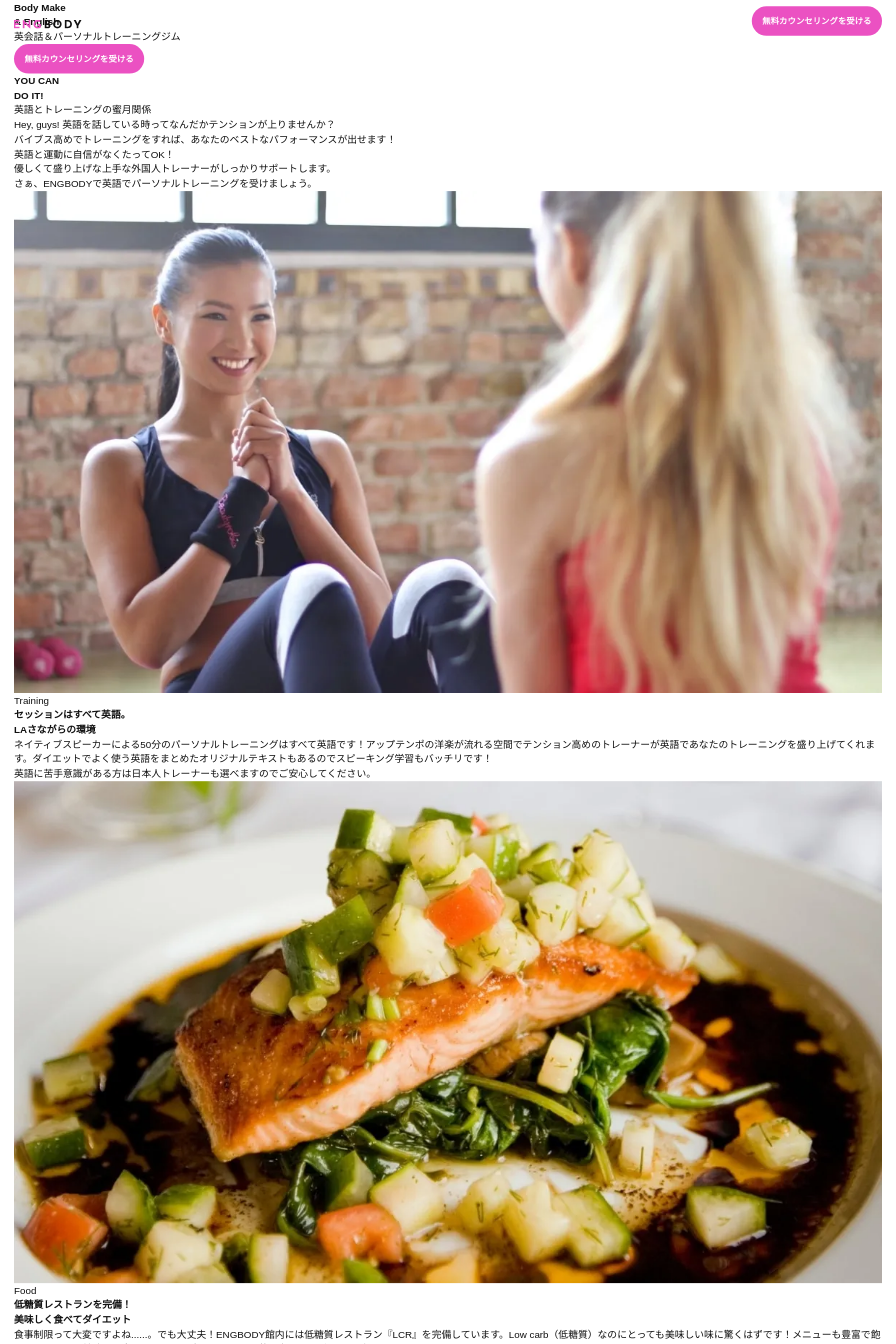
Repository: tetishi/engbody
Page: index.html
These files come from the project's save history. The page is drawn as it stood at one moment and after a run of saves; the edit follows.
The browser window is 1280 px wide. The pictures show the part of the page from y = 0 to 1920 px (the page is 12031 px tall before and 12115 px after), at 70% of full size.
The style sheet was rebuilt from its Sass, Less or Tailwind sources for each picture, by a compiler version that may differ from the author's.

Above is the page before, as saved 2023-07-25 17:02:11.

### index.html
<!DOCTYPE html>
<html lang="en">
<head>
    <meta charset="UTF-8">
    <meta name="viewport" content="width=device-width, initial-scale=1.0">
    <title>ENGBODY</title>
    <link href="https://fonts.googleapis.com/css2?family=Josefin+Sans:ital,wght@0,400;0,700;1,400;1,700&display=swap" rel="stylesheet">
    <link rel="stylesheet" href="./css/reset.css">
    <link rel="stylesheet" href="./css/style.css">
</head>
<body>
    <header class="header">
        <div class="header-inner">
            <h2 class="nav-title">
                <a href="#">
                    <img src="img/engbody.svg" alt="ENGBODY">
                </a>
            </h2>
            <nav class="header-nav">
                <div class="counseling-btn">
                    <a href="#">無料カウンセリングを受ける</a>
                </div>
            </nav>
        </div>
    </header>

    <main>
        <!-- fv -->
        <div class="fv">
            <div class="section-inner">
                <h2 class="page-title">
                    Body Make<br>
                    & English
                </h2>
                <div class="page-title-bottom">
                    英会話＆パーソナルトレーニングジム
                </div>
                <div class="counseling-btn">
                    <a href="#">無料カウンセリングを受ける</a>
                </div>
            </div>
        </div>

        <section id="concept" class="section-wrapper">
            <div class="section-outer">
                <div class="section-inner">
                    <h2 class="catchphrase">
                        YOU CAN<br class="sp">
                        DO IT!
                    </h2>
                    <p class="section-under-title">
                        英語とトレーニングの<span class="phrase">蜜月関係</span>
                    </p>
                    <p class="concept-text">
                        Hey, guys! 英語を話している時ってなんだかテンションが上りませんか？<br>
                        バイブス高めでトレーニングをすれば、あなたのベストなパフォーマンスが出せます！<br>
                        英語と運動に自信がなくたってOK！<br>
                        優しくて盛り上げな上手な外国人トレーナーがしっかりサポートします。<br>
                        さぁ、ENGBODYで英語でパーソナルトレーニングを受けましょう。
                    </p>
                    <div class="training-box">
                        <div class="training-img">
                            <picture>
                                <source srcset="img/training.webp" type="image/webp">
                                <img src="img/training.jpg" alt="外国人のパーソナルトレーナーがお客様に英語とトレーニングをサポートしている様子">
                            </picture>
                        </div>
                        <div class="training-text">
                            <p class="training-top">
                                Training
                            </p>
                            <h3 class="training-title">
                                セッションはすべて英語。<br>
                                LAさながらの環境
                            </h3>
                            <p class="training-description">
                                ネイティブスピーカーによる50分のパーソナルトレーニングはすべて英語です！アップテンポの洋楽が流れる空間でテンション高めのトレーナーが英語であなたのトレーニングを盛り上げてくれます。ダイエットでよく使う英語をまとめたオリジナルテキストもあるのでスピーキング学習もバッチリです！<br>
                                英語に苦手意識がある方は日本人トレーナーも選べますのでご安心してください。
                            </p>
                        </div>
                    </div>
                    <div class="food-box">
                        <div class="food-img">
                            <picture>
                                <source srcset="img/food.webp" type="image/webp">
                                <img src="img/food.jpg" alt="低糖質レストラン『LCR』の魚と野菜の盛り合わせメニューの写真">
                            </picture>
                        </div>
                        <div class="food-text">
                            <p class="food-top">
                                Food
                            </p>
                            <h3 class="food-title">
                                低糖質レストランを完備！<br>
                                美味しく食べてダイエット
                            </h3>
                            <p class="food-description">
                                食事制限って大変ですよね......。でも大丈夫！ENGBODY館内には低糖質レストラン『LCR』を完備しています。Low carb（低糖質）なのにとっても美味しい味に驚くはずです！メニューも豊富で飽きさせません。美味しく食べてしっかり痩せる！しかも英語力もアップ！それがENGBODYなのです。
                            </p>
                        </div>
                    </div>
                    <div class="counseling-btn">
                        <a href="#">無料カウンセリングを受ける</a>
                    </div>
                </div>
            </div>

        </section>

        <section class="section-wrapper">
            <div class="section-outer">
                <div class="section-inner">
                    <h2 class="section-title">
                        Our Trainer
                        <span>トレーナー</span>
                    </h2>
                    <div class="select-option">
                        <p class="trainer">
                            トレーナー
                        </p>
                        <p class="staff">
                            スタッフ
                        </p>
                    </div>
                    <ul class="trainer-list">
                        <li class="trainer-item">
                            <picture>
                                <source srcset="img/trainer01.webp" type="image/webp">
                                <img src="img/trainer01.jpg" alt="日本人女性のトレーナーの写真">
                            </picture>
                            <p class="trainer-greeting">
                                こんにちは！英語で楽しくトレーニングしましょう。日本語が話せますのでご安心ください。
                            </p>
                        </li>
                        <li class="trainer-item">
                            <picture>
                                <source srcset="img/trainer02.webp" type="image/webp">
                                <img src="img/trainer02.jpg" alt="外国人女性のトレーナーの写真">
                            </picture>
                            <p class="trainer-greeting">
                                Hello! 筋肉をつけすぎずしなやかな体を作ることが得意です！美しさを磨いていきましょう。
                            </p>
                        </li>
                        <li class="trainer-item">
                            <picture>
                                <source srcset="img/trainer03.webp" type="image/webp">
                                <img src="img/trainer03.jpg" alt="外国人男性のトレーナーの写真">
                            </picture>
                            <p class="trainer-greeting">
                                Hi, 負荷や強度の高いトレーニングがしたいならおまかせてください！どんなご要望もできるかぎり叶えますよ！
                            </p>
                        </li>
                    </ul>
                    <ul class="staff-list">
                        <li class="staff-item">
                            <picture>
                                <source srcset="img/staff01.webp" type="image/webp">
                                <img src="img/staff01.jpg" alt="日本人女性スタッフの写真">
                            </picture>
                            <p class="staff-greeting">
                                ENBODYは明るくてとっても楽しいジムです！みなさんのセッションが楽しくなるようしっかりサポートいたします。
                            </p>
                        </li>
                        <li class="staff-item">
                            <picture>
                                <source srcset="img/staff02.webp" type="image/webp">
                                <img src="img/staff02.jpg" alt="外国人男性スタッフの写真">
                            </picture>
                            <p class="staff-greeting">
                                Hi, please let me know anytime if you have any questions. We will fully support you!
                            </p>
                        </li>
                    </ul>
                </div>
            </div>
        </section>

        <section class="section-wrapper">
            <div class="section-outer">
                <div class="section-inner">
                    <h2 class="section-title">
                        Studio
                        <span>スタジオ</span>
                    </h2>
                    <div class="slide-image">
                        <picture>
                            <source srcset="img/studio01.webp" type="image/webp">
                            <img src="img/studio01.jpg" alt="後ろ姿の女性がトレーニング器具に座って、ダンベルを両手に持ち上げて、スタジオでトレーニングしている写真">
                        </picture>
                        <picture>
                            <source srcset="img/studio02.webp" type="image/webp">
                            <img src="img/studio02.jpg" alt="正面を向いた女性がトレーニング器具に座って、腕を上げてスタジオでトレーニングしている写真">
                        </picture>
                        <picture>
                            <source srcset="img/studio03.webp" type="image/webp">
                            <img src="img/studio03.jpg" alt="後ろ姿の男性がスタジオでバーベルを持ってウエイトトレーニングをしている写真">
                        </picture>
                    </div>
                </div>
            </div>
        </section>

        <section class="section-wrapper">
            <div class="section-outer">
                <div class="section-inner">
                    <h2 class="section-title">
                        Price
                        <span>料金</span>
                    </h2>
                    <ul class="price-list">
                        <li class="price-item">
                            <div class="price-box">
                                <p class="course">
                                    週１コース
                                </p>
                                <h3 class="course-price">
                                    ¥20,000
                                </h3>
                                <p class="admission-fee">
                                    （入会金 ¥10000）
                                </p>
                            </div>
                            <div class="rental-box">
                                <p class="course-top">
                                    レンタル
                                </p>
                                <p class="course-text">
                                    タオル、ウェア、プロテイン無料
                                </p>
                            </div>
                            <div class="restaurant-box">
                                <p class="course-top">
                                    レストラン
                                </p>
                                <p class="course-text">
                                    使用不可
                                </p>
                            </div>
                            <div class="diet-box">
                                <p class="course-top">
                                    食事指導
                                </p>
                                <p class="course-text">
                                    無し
                                </p>
                            </div>
                        </li>
                        <li class="price-item">
                            <p class="recommend">
                                オススメ！
                            </p>
                            <div class="price-box">
                                <p class="course">
                                    週２コース
                                </p>
                                <h3 class="course-price">
                                    ¥40,000
                                </h3>
                                <p class="admission-fee">
                                    （入会金 ¥10000）
                                </p>
                            </div>
                            <div class="rental-box">
                                <p class="course-top">
                                    レンタル
                                </p>
                                <p class="course-text">
                                    タオル、ウェア、プロテイン無料
                                </p>
                            </div>
                            <div class="restaurant-box">
                                <p class="course-top">
                                    レストラン
                                </p>
                                <p class="course-text">
                                    使用可
                                </p>
                            </div>
                            <div class="diet-box">
                                <p class="course-top">
                                    食事指導
                                </p>
                                <p class="course-text">
                                    有り
                                </p>
                            </div>
                        </li>
                        <li class="price-item">
                            <div class="price-box">
                                <p class="course">
                                    無制限
                                </p>
                                <h3 class="course-price">
                                    ¥70,000
                                </h3>
                                <p class="admission-fee">
                                    （入会金 ¥10000）
                                </p>
                            </div>
                            <div class="rental-box">
                                <p class="course-top">
                                    レンタル
                                </p>
                                <p class="course-text">
                                    タオル、ウェア、プロテイン無料
                                </p>
                            </div>
                            <div class="restaurant-box">
                                <p class="course-top">
                                    レストラン
                                </p>
                                <p class="course-text">
                                    使用可
                                </p>
                            </div>
                            <div class="diet-box">
                                <p class="course-top">
                                    食事指導
                                </p>
                                <p class="course-text">
                                    有り
                                </p>
                            </div>
                        </li>
                    </ul>
                </div>
            </div>
        </section>

        <section class="section-wrapper">
            <div class="section-outer">
                <div class="section-inner">
                    <h2 class="section-title">
                        FAQ
                        <span>よくあるご質問</span>
                    </h2>
                    <div class="faq-box">
                        <details class="faq-item">
                            <summary class="faq-top-text">
                                見学や体験は可能ですか？
                            </summary>
                            <p class="faq-bottom-text">
                                無料カウンセリングの際に見学が可能です。フォームに見学・体験希望の欄がございますので内容をご確認しチェックを入れてください。
                            </p>
                        </details>
                        <details class="faq-item">
                            <summary class="faq-top-text">
                                用意するものは何がありますか？
                            </summary>
                            <p class="faq-bottom-text">
                                シューズをご持参ください。ウェアとタオルは無料でレンタルが可能です。
                            </p>
                        </details>
                        <details class="faq-item">
                            <summary class="faq-top-text">
                                シャワールームはありますか？
                            </summary>
                            <p class="faq-bottom-text">
                                5つのシャワールームがございます。ボディソープ・シャンプー・リンスなどのアメニティやドライヤーもご用意しております。
                            </p>
                        </details>
                    </div>
                </div>
            </div>
        </section>

        <div class="free-counseling">
            <picture>
                <source srcset="img/sp_counseling_top.webp" type="image/webp">
                <img src="img/sp_counseling_top.jpg" alt="アジア人、黒人、白人の女性3人がトレーニングウェアを着て肩を組んで笑顔でこちらを見ている写真">
            </picture>
            <div class="counseling-container">
                <h3 class="invite-message">
                    Come join us!! 😊
                </h3>
                <div class="counseling-btn white">
                    <a href="#">無料カウンセリングを受ける</a>
                </div>
            </div>
        </div>

    </main>
    <footer class="footer">
        <div class="footer-text">
            ENGBODY
        </div>
    </footer>

    <a href="#" class="pagetop">
        <div class="pagetop-arrow">
            <i class="fas fa-angle-up"></i>
        </div>
    </a>
</body>
</html>

### css/reset.css
/*
html5doctor.com Reset Stylesheet
v1.6.1
Last Updated: 2010-09-17
Author: Richard Clark - http://richclarkdesign.com
Twitter: @rich_clark
*/

* {
    box-sizing: border-box;
}

html,
body,
div,
span,
object,
iframe,
h1,
h2,
h3,
h4,
h5,
h6,
p,
blockquote,
pre,
abbr,
address,
cite,
code,
del,
dfn,
em,
img,
ins,
kbd,
q,
samp,
small,
strong,
sub,
sup,
var,
b,
i,
dl,
dt,
dd,
ol,
ul,
li,
fieldset,
form,
label,
legend,
table,
caption,
tbody,
tfoot,
thead,
tr,
th,
td,
article,
aside,
canvas,
details,
figcaption,
figure,
footer,
header,
hgroup,
menu,
nav,
section,
summary,
time,
mark,
ruby,
audio,
video {
    margin: 0;
    padding: 0;
    border: 0;
    outline: 0;
    font-size: 100%;
    vertical-align: baseline;
    background: transparent;
}

body {
    line-height: 1.5;
}

img {
    width: 100%;
    height: auto;
    object-fit: cover;
}

button {
    background-color: transparent;
    border: none;
    cursor: pointer;
    outline: none;
    padding: 0;
    appearance: none;
}

article,
aside,
details,
figcaption,
figure,
footer,
header,
hgroup,
menu,
nav,
section {
    display: block;
}

nav ul {
    list-style: none;
}

li {
    list-style: none;
}

a {
    margin: 0;
    padding: 0;
    font-size: 100%;
    vertical-align: baseline;
    background: transparent;
}

input,
select {
    vertical-align: middle;
}

/*end reset css*/

### img/engbody.svg
<svg xmlns="http://www.w3.org/2000/svg" width="96.7" height="12.36" viewBox="0 0 96.697 12.356">
  <g id="Group_1" data-name="Group 1" transform="translate(-34.435 -35.05)">
    <path id="Path_13" data-name="Path 13" d="M-41.472-16.8a3.73,3.73,0,0,1,1.459,1.093,2.471,2.471,0,0,1,.524,1.559A2.878,2.878,0,0,1-40.674-11.6a5.1,5.1,0,0,1-2.957.814H-47.58V-22.2H-44.1a5.2,5.2,0,0,1,2.965.737,2.422,2.422,0,0,1,1.08,2.132,2.946,2.946,0,0,1-.371,1.5A2.77,2.77,0,0,1-41.472-16.8Zm-3.771-.729h1.418a1.3,1.3,0,0,0,1-.38,1.323,1.323,0,0,0,.355-.938,1.029,1.029,0,0,0-.4-.876,1.816,1.816,0,0,0-1.112-.3h-1.257Zm1.5,4.653a2.475,2.475,0,0,0,1.33-.318,1.051,1.051,0,0,0,.508-.954q0-1.21-2-1.21h-1.338v2.481Zm8.123-3.6a5.518,5.518,0,0,1,.814-2.9A6.036,6.036,0,0,1-32.6-21.521a5.975,5.975,0,0,1,3.022-.8,5.975,5.975,0,0,1,3.022.8,6.165,6.165,0,0,1,2.224,2.148,5.438,5.438,0,0,1,.83,2.9,5.413,5.413,0,0,1-.83,2.916,6.083,6.083,0,0,1-2.224,2.117,6.067,6.067,0,0,1-3.022.783,6.054,6.054,0,0,1-3.03-.783,5.973,5.973,0,0,1-2.2-2.117A5.493,5.493,0,0,1-35.622-16.473Zm2.417,0a3.551,3.551,0,0,0,.492,1.83,3.628,3.628,0,0,0,1.338,1.326,3.687,3.687,0,0,0,1.878.489,3.5,3.5,0,0,0,1.821-.489,3.517,3.517,0,0,0,1.289-1.318,3.68,3.68,0,0,0,.467-1.838,3.655,3.655,0,0,0-.483-1.861,3.6,3.6,0,0,0-1.313-1.326,3.57,3.57,0,0,0-1.845-.489,3.57,3.57,0,0,0-1.845.489,3.6,3.6,0,0,0-1.313,1.326A3.655,3.655,0,0,0-33.2-16.473ZM-18.909-22.2h3.546a7.413,7.413,0,0,1,3.739.845A5.2,5.2,0,0,1-9.49-19.164a6.36,6.36,0,0,1,.669,2.877,5.253,5.253,0,0,1-.806,2.9,5.34,5.34,0,0,1-2.168,1.931,6.641,6.641,0,0,1-2.99.675h-4.126Zm3.723,9.243a4.324,4.324,0,0,0,2.885-.9,3.2,3.2,0,0,0,1.064-2.59,3.609,3.609,0,0,0-.588-2.171A3.138,3.138,0,0,0-13.2-19.73a4.006,4.006,0,0,0-1.475-.31h-1.9v7.088ZM4.83-22.2.381-14.333v3.552H-1.955v-3.552L-6.323-22.2h2.885l2.724,5.273L1.945-22.2Z" transform="translate(126.302 57.708)" fill="#111"/>
    <path id="Path_14" data-name="Path 14" d="M-27.475-22.5v2.176h-5.753v2.44h5.093v2.176h-5.093v2.471h5.979v2.176h-8.316V-22.5Zm15.584,0v11.9h-.064l-8.3-7.227.048,6.761h-2.369V-22.95h.1l8.284,7.336-.048-6.885ZM3.049-12.211a3.177,3.177,0,0,1-.975.583,8.934,8.934,0,0,1-1.547.5,6.932,6.932,0,0,1-1.539.194,7.366,7.366,0,0,1-3.312-.707,5.264,5.264,0,0,1-2.2-1.958A5.311,5.311,0,0,1-7.3-16.454a6.568,6.568,0,0,1,.822-3.4,5.253,5.253,0,0,1,2.208-2.083,6.761,6.761,0,0,1,3.062-.692,8.506,8.506,0,0,1,2.031.233,7.636,7.636,0,0,1,1.676.606l-.757,2.1a5.979,5.979,0,0,0-1.281-.458A5.645,5.645,0,0,0-.9-20.355a4.244,4.244,0,0,0-2.957.933A3.556,3.556,0,0,0-4.88-16.656a3.356,3.356,0,0,0,.5,1.842,3.241,3.241,0,0,0,1.394,1.2,4.746,4.746,0,0,0,2.039.42,3.468,3.468,0,0,0,1.628-.3v-1.383H-1.367v-2.176H3.049Z" transform="translate(70 58)" fill="#eb51c2"/>
  </g>
</svg>

### css/style.scss
/* base */

html {
    font-size: 62.5%;
}
body {
    font-size: 1.4rem;
    font-family: 'Hiragino Sans', sans-serif;
    color: #111111;
}
h2 h3 {
    font-family: 'Josefin Sans', sans-serif;
}
img {
    vertical-align: bottom;
}
.section-inner {
    padding: 0 20px;
    // margin: 0 auto;
}
.section-title {
    font-size: 4rem;
    &:nth-of-type(2) {
        font-size: 3.2rem;
    }
    &:nth-of-type(odd) {
        color: #fff;
    }
    span {
        font-size: 1.4rem;
        margin-bottom: 30px;
        &:last-of-type {
            margin-bottom: 35px;
        }
    }
}
a {
    color: inherit;
    text-decoration: none;
}

// header
.header {
    position: fixed;
    width: 100%;
    top: 0;
    left: 0;
    z-index: 999;
}
.header-inner {
    display: flex;
    justify-content: space-between;
    align-items: center;
    height: 60px;
    padding: 0 20px;
}
.counseling-btn {
    font-weight: bold;
    color: #fff;
    font-size: 1.2rem;
    width: 186px;
    background-color: #EB51C2;
    text-align: center;
    vertical-align: middle;
    border-radius: 50px;
    padding: 12px 15px;
}

//fv

After the next 7 saves:
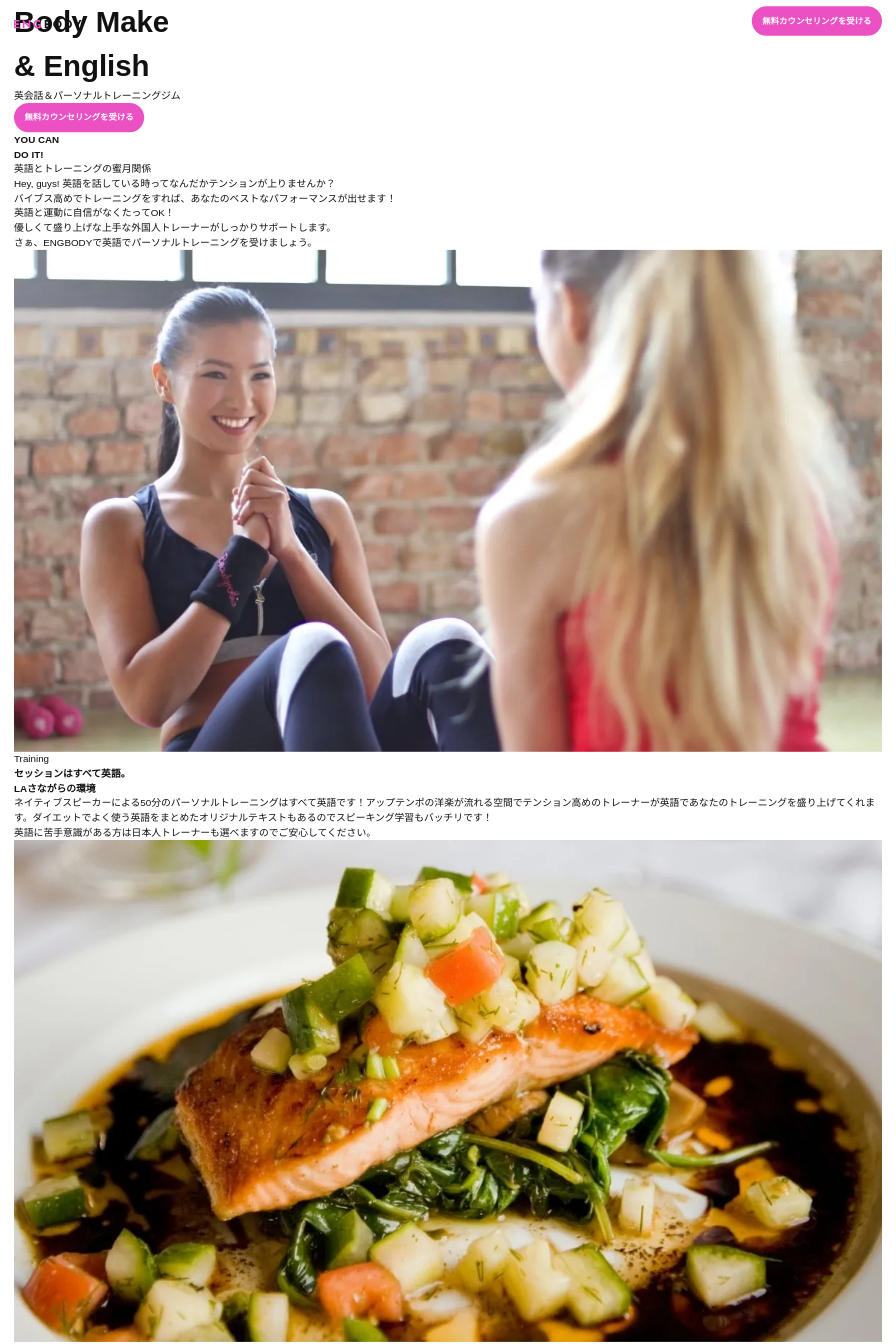
The 7 saves are shown as one change because 1 did not build or start and some came seconds apart.
The last was saved 22 s later.
--- a/css/style.scss
+++ b/css/style.scss
@@ -67,3 +67,6 @@ a {
 }
 
 //fv
+.page-title {
+    font-size: 4.2rem;
+}
